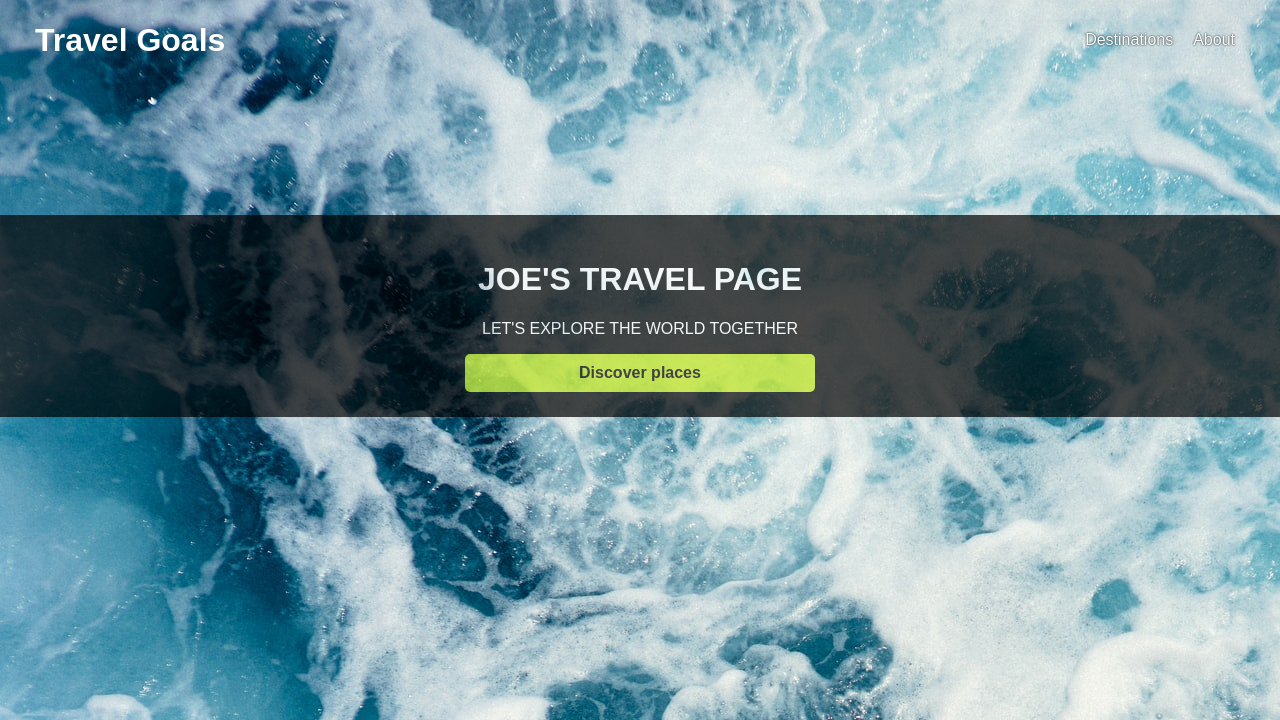
Repository: Harjot00/Wevdev
Page: Travel/index.html
An editor plug-in stored every save of this project. The page is shown before and after the next save, followed by the edit.
The browser window is 1280 px wide. The pictures show the whole page.

Above is the page before, as saved 2022-05-07 02:34:18.

After the next save:
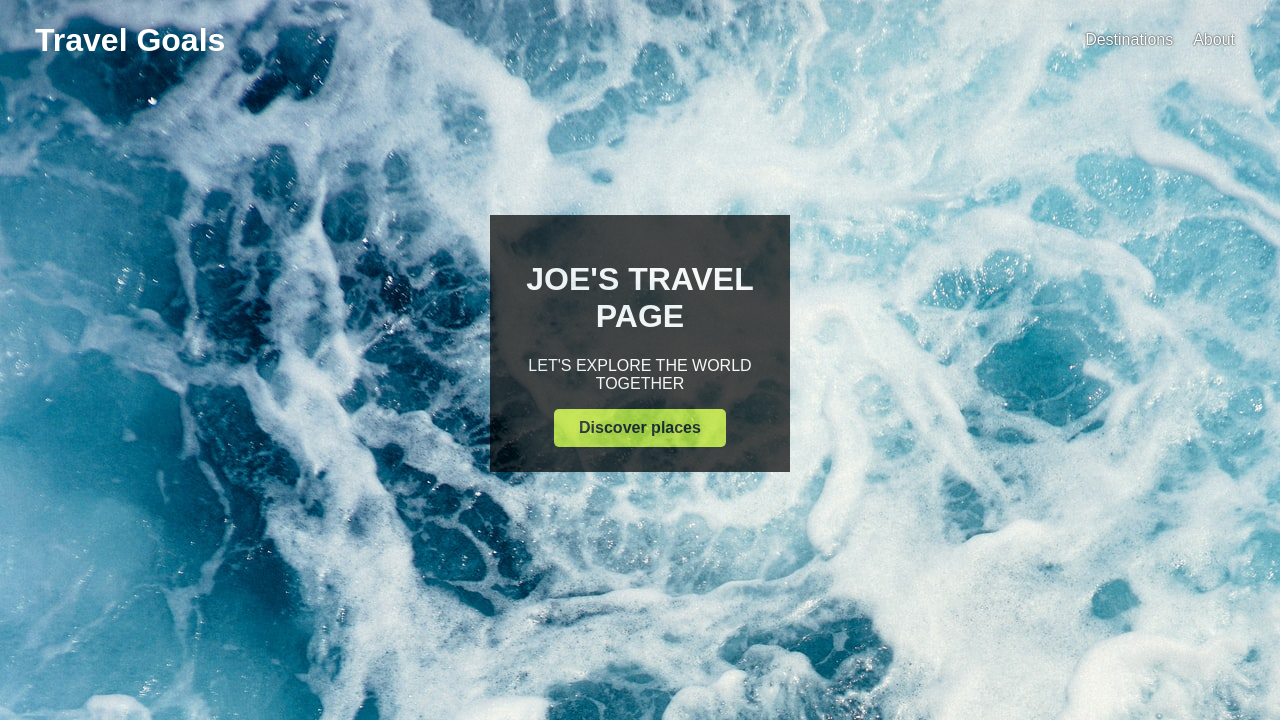
Saved 30 s later.
--- a/Travel/style.css
+++ b/Travel/style.css
@@ -39,6 +39,7 @@
     background-color:black ;
     opacity:0.7;
     color:white;
+    width:300px;
 
 }
 div > a{
@@ -49,5 +50,5 @@
     color:black;
     font-weight:bold;
     border-radius:5px;
-    width:300px;
+
 }

After the save that followed:
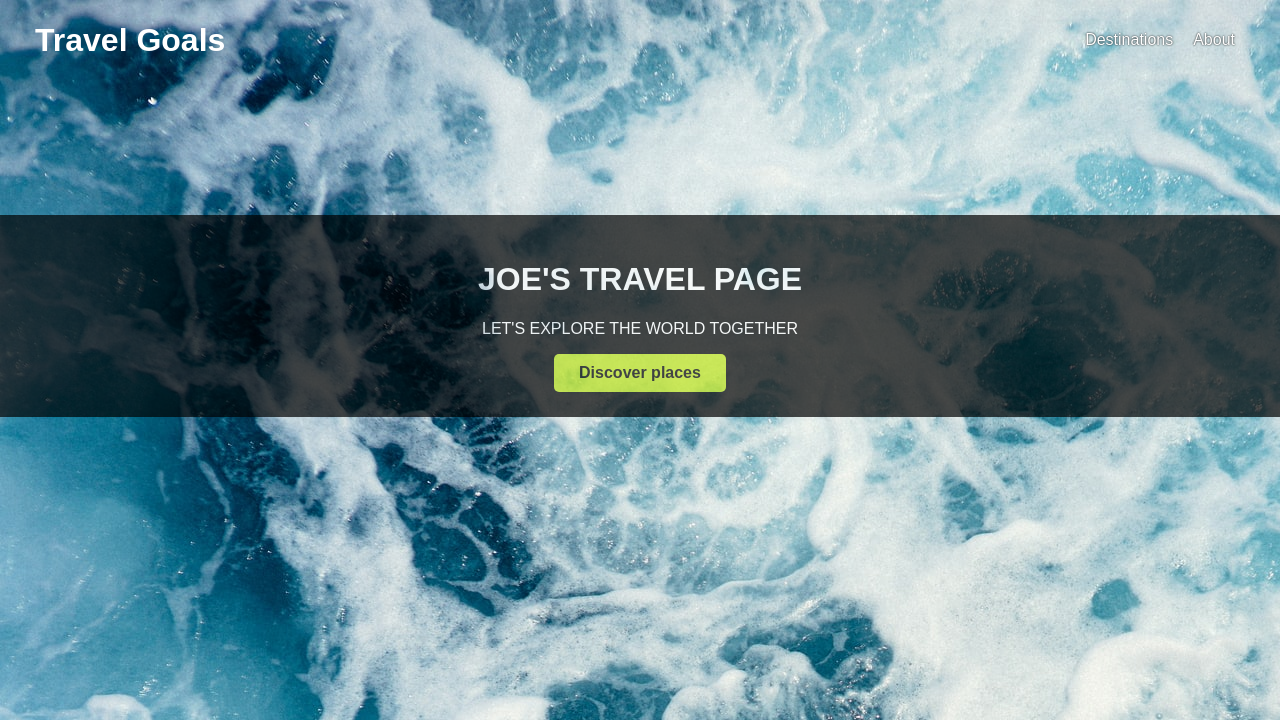
Saved 23 s later.
--- a/Travel/style.css
+++ b/Travel/style.css
@@ -33,13 +33,13 @@
     text-shadow: black 0px 0px 2px;
 }
 #centercontent{
-    padding:25px 0px 25px 0px;
+    padding:25px 15px 25px 15px;
     text-align: center;
     margin:150px auto;
     background-color:black ;
     opacity:0.7;
     color:white;
-    width:300px;
+
 
 }
 div > a{
